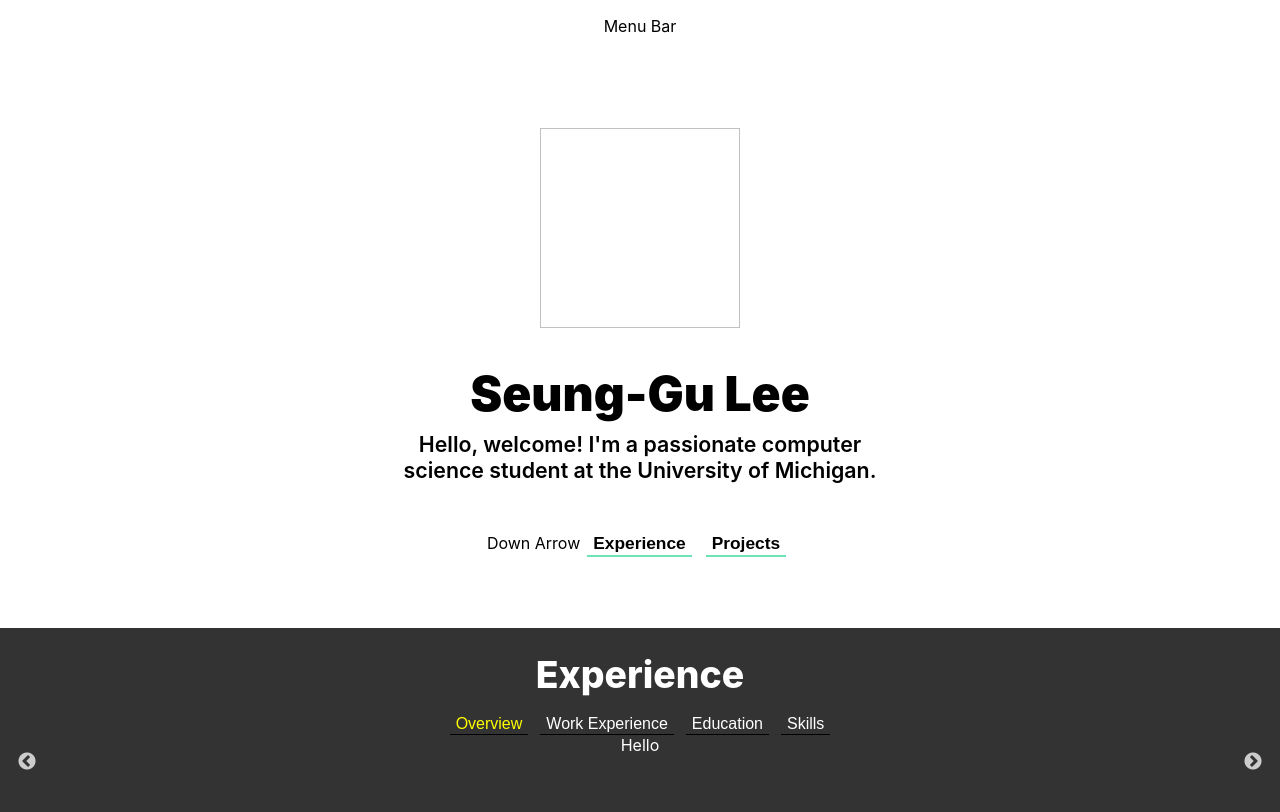
Repository: sgl33/sgl.dev-v2
Page: /
An editor plug-in stored every save of this project. The page is shown before and after the next save, followed by the edit.
The browser window is 1280 px wide. The pictures show the whole page.
The project was rebuilt for these pictures with package versions that can differ from the ones it lists, and the page was loaded fresh each time.

Above is the page before, as saved 2024-02-27 22:21:32.

### src/App/App.tsx
import React from 'react';
import '../css/general.css';


import MenuBar from './MenuBar';
import Landing from './Landing';
import Experience from './Experience';

function App() {
  return (
    <div className="App">
        <MenuBar/>
        <Landing/>
        <Experience/>
    </div>
  );
}

export default App;

### src/css/general.css


h1 {
    font-size: 28pt;
    margin-bottom: 8px;
    font-weight: 800;
}



html {
    padding: 0;
}

.App {
  text-align: center;

}

.App-logo {
  height: 40vmin;
  pointer-events: none;
}

@media (prefers-reduced-motion: no-preference) {
  .App-logo {
    animation: App-logo-spin infinite 20s linear;
  }
}

.App-header {
  background-color: #282c34;
  min-height: 100vh;
  display: flex;
  flex-direction: column;
  align-items: center;
  justify-content: center;
  font-size: calc(10px + 2vmin);
  color: white;
}

.App-link {
  color: #61dafb;
}

@keyframes App-logo-spin {
  from {
    transform: rotate(0deg);
  }
  to {
    transform: rotate(360deg);
  }
}

### src/App/MenuBar.tsx


function MenuBar() {
    return (
        <div>
            <p>Menu Bar</p>
        </div>
    );
}

export default MenuBar;

### src/App/Landing.tsx
import '../css/general.css';
import '../css/landing.css';

function Landing() {
    return (
        <div id='landing-background'>
            <div id='landing-text-container'>
                <img id='landing-pic'></img>
                <h1>Seung-Gu Lee</h1>
                <h2>Hello, welcome! I'm a passionate computer science student at the University of Michigan.</h2>
            </div>
            <div id='landing-buttons-container'>
                Down Arrow
                <button className='landing-button'>Experience</button>
                <button className='landing-button'>Projects</button>
            </div>
        </div>
    );
}

export default Landing;

### src/App/Experience.js
import React, { useState, useRef } from 'react';
import Slider from 'react-slick';
import "slick-carousel/slick/slick.css";
import "slick-carousel/slick/slick-theme.css";

// CSS
import '../css/general.css';
import '../css/experience.css';

// Other Components
import ExperienceCarousel1 from './ExperienceCarousel';


function Experience() {
    const [slideIndex, setSlideIndex] = useState(0);
    var sliderRef = useRef(null);

    var sliderSettings = {
        dots: false,
        slidesToShow: 1,
        beforeChange: (current, next) => setSlideIndex(next)
    };




    return (
        <div id='experience'>
            <h1>Experience</h1>
            {/* Buttons */}
            <div id='experience-buttons-container'>
                <button className={slideIndex === 0 ? 'experience-button-selected' : 'experience-button'}
                    onClick={e => sliderRef.slickGoTo(0)}
                >
                    Overview
                </button>
                <button className={slideIndex === 1 ? 'experience-button-selected' : 'experience-button'}
                    onClick={e => sliderRef.slickGoTo(1)}
                >
                    Work Experience
                </button>
                <button className={slideIndex === 2 ? 'experience-button-selected' : 'experience-button'}
                    onClick={e => sliderRef.slickGoTo(2)}
                >
                    Education
                </button>
                <button className={slideIndex === 3 ? 'experience-button-selected' : 'experience-button'}
                    onClick={e => sliderRef.slickGoTo(3)}
                >
                    Skills
                </button>
            </div>
            {/* Carousel Content */}
            <div id='experience-carousel'>
                <Slider {...sliderSettings} ref={slider => { sliderRef = slider; }}>
                    <div>
                        <ExperienceCarousel1/>
                    </div>
                    <div>
                        <h1>2</h1>
                    </div>
                    <div>
                        <h1>3</h1>
                    </div>
                    <div>
                        <h1>4</h1>
                    </div>
                </Slider>
            </div>
        </div>
    )
}

export default Experience;

### src/css/landing.css


#landing-background {
    padding: 64px 42px 64px 42px;
}

/* Text Container */
#landing-text-container {
    width: 480px;
    max-width: 90%;
    margin: 12px auto 42px auto;
}
#landing-pic {
    width: 200px;
    height: 200px;
}
#landing-text-container h1 {
    font-size: 36pt;
    margin-bottom: 8px;
    font-weight: 900;
}
#landing-text-container h2 {
    margin: 0px;
    font-size: 16pt;
    font-weight: 600;
}

/* Landing Buttons */
#landing-buttons-container {

}
#landing-buttons-container p {
    margin: 4px 0;
    display: inline-block;
    font-size: 13pt;
    font-weight: 500;
}
.landing-button {
    transition: 0.4s;
    margin: 7px;
    font-size: 13pt;
    font-weight: 600;
    color: black;
    text-decoration: none;
    background: none;
    border-style: none none solid none;
    border-color: #6ee3b6;
}
.landing-button:hover {
    background-color: rgba(0, 0, 0, 0.05);
}

/* #abffd7 */

### src/css/experience.css

#experience {
    background-color: #333333;
    padding: 24px 42px;
    color: white;
}

#experience h1 {
    color: white;
    margin-top: 0;
}

#experience-buttons-container {
    margin-top: 16px;
}
.experience-button, .experience-button-selected {
    background: none;
    color: white;
    border-style: none none solid none;
    border-width: 1px;
    font-size: 12pt;
    font-weight: 500;
    margin: 0 6px;
}
.experience-button-selected {
    color: yellow;
}
.experience-button:hover {
    cursor: pointer;
}

### src/App/ExperienceCarousel.tsx
import '../css/general.css';
import '../css/experience.css';

function ExperienceCarousel1() {
    return (
        <div>
            Hello
        </div>
    );
}

export default ExperienceCarousel1;

Loaded but not shown: public/index.html (common file); src/index.tsx (common file); src/index.css (common file); src/reportWebVitals.ts (common file)

After the next save:
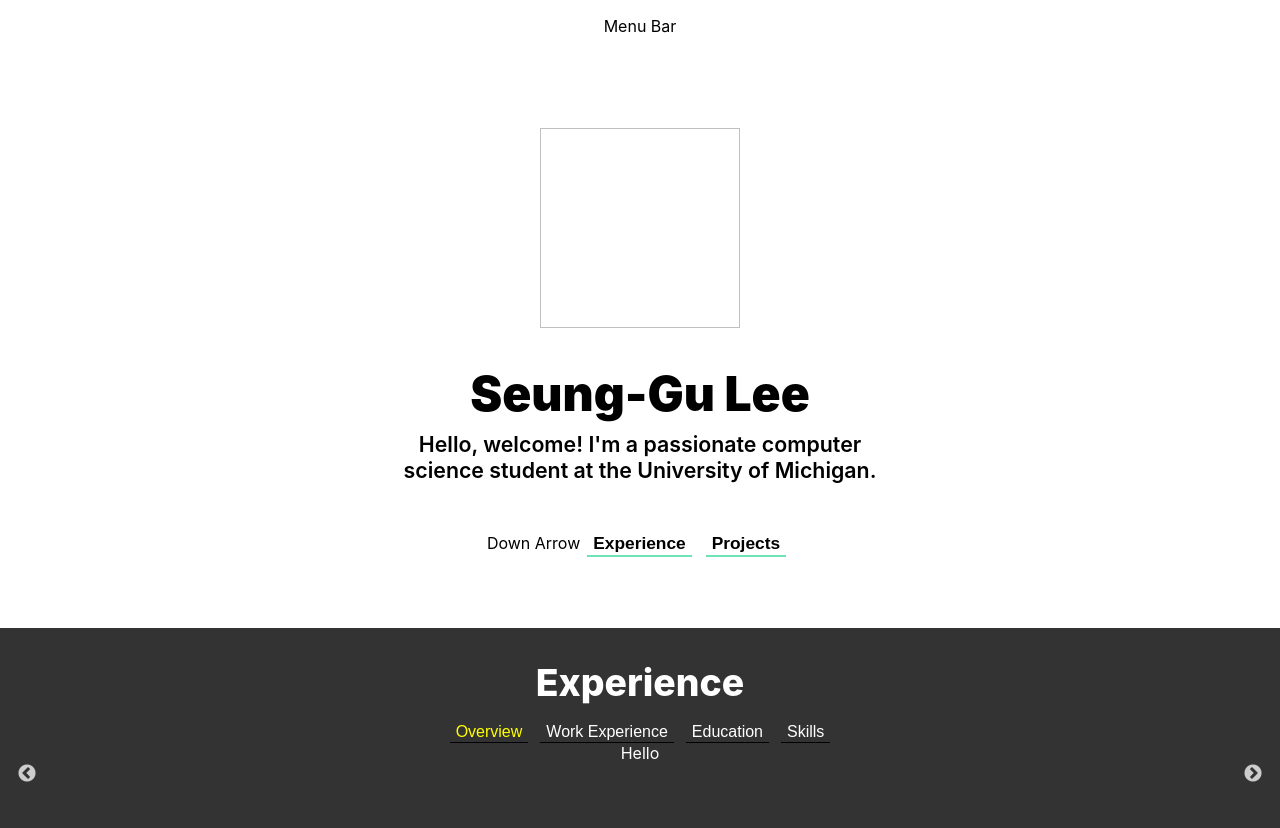
Saved 4 s later.
--- a/src/css/experience.css
+++ b/src/css/experience.css
@@ -7,7 +7,7 @@
 
 #experience h1 {
     color: white;
-    margin-top: 0;
+    margin-top: 8px;
 }
 
 #experience-buttons-container {
